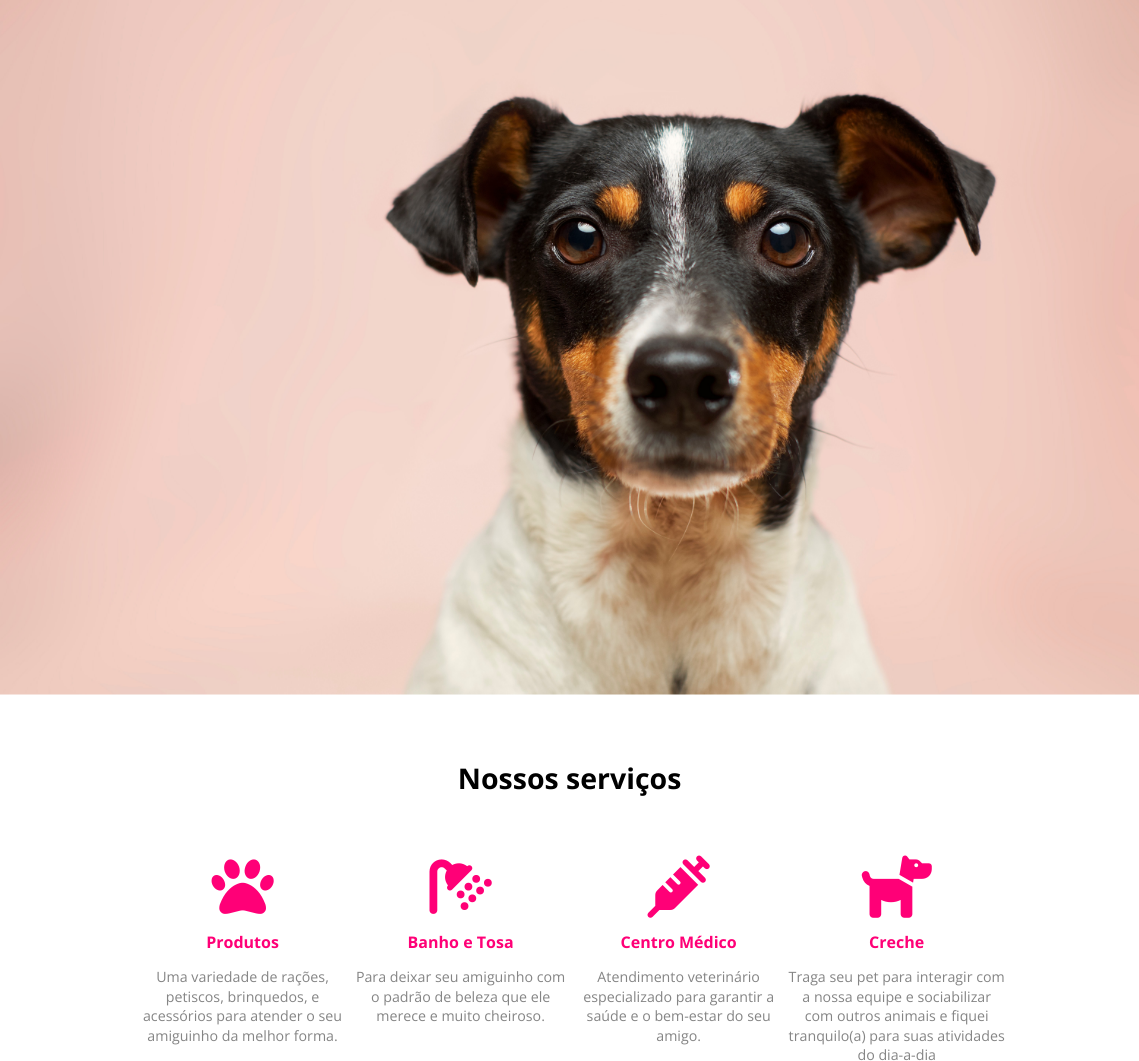
Repository: Carolden/ProhetoPetShop
Page: index.html
The author's editor kept a copy of each file at every save. The page is drawn from the files as they stood at one save, then again after the next save.
The browser window is 1280 px wide. The pictures show the part of the page from y = 270 to 1462 px (the page is 2996 px tall), at 89% of full size.
A picture or video elsewhere on the page could not be fetched, so the positions and the page height are approximate.

Above is the page before, as saved 2023-04-28 10:35:08.

After the next save:
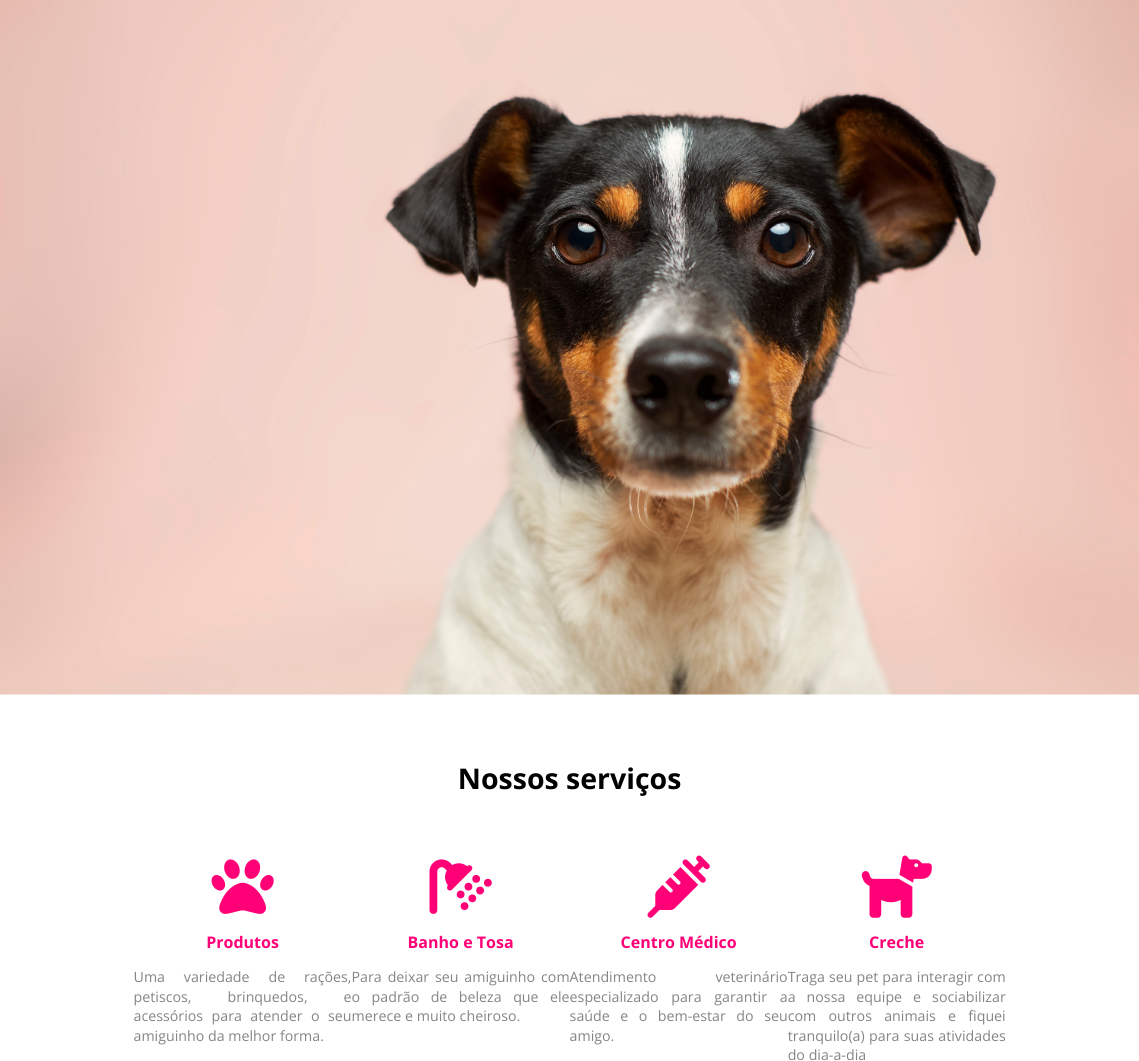
Saved 46 s later.
--- a/index.css
+++ b/index.css
@@ -72,6 +72,7 @@
 .servicescolumn p {
     color: #858585;
     font-size: 16px;
+    text-align: justify;
 }
 
 .servicescolumn i {

After the save that followed:
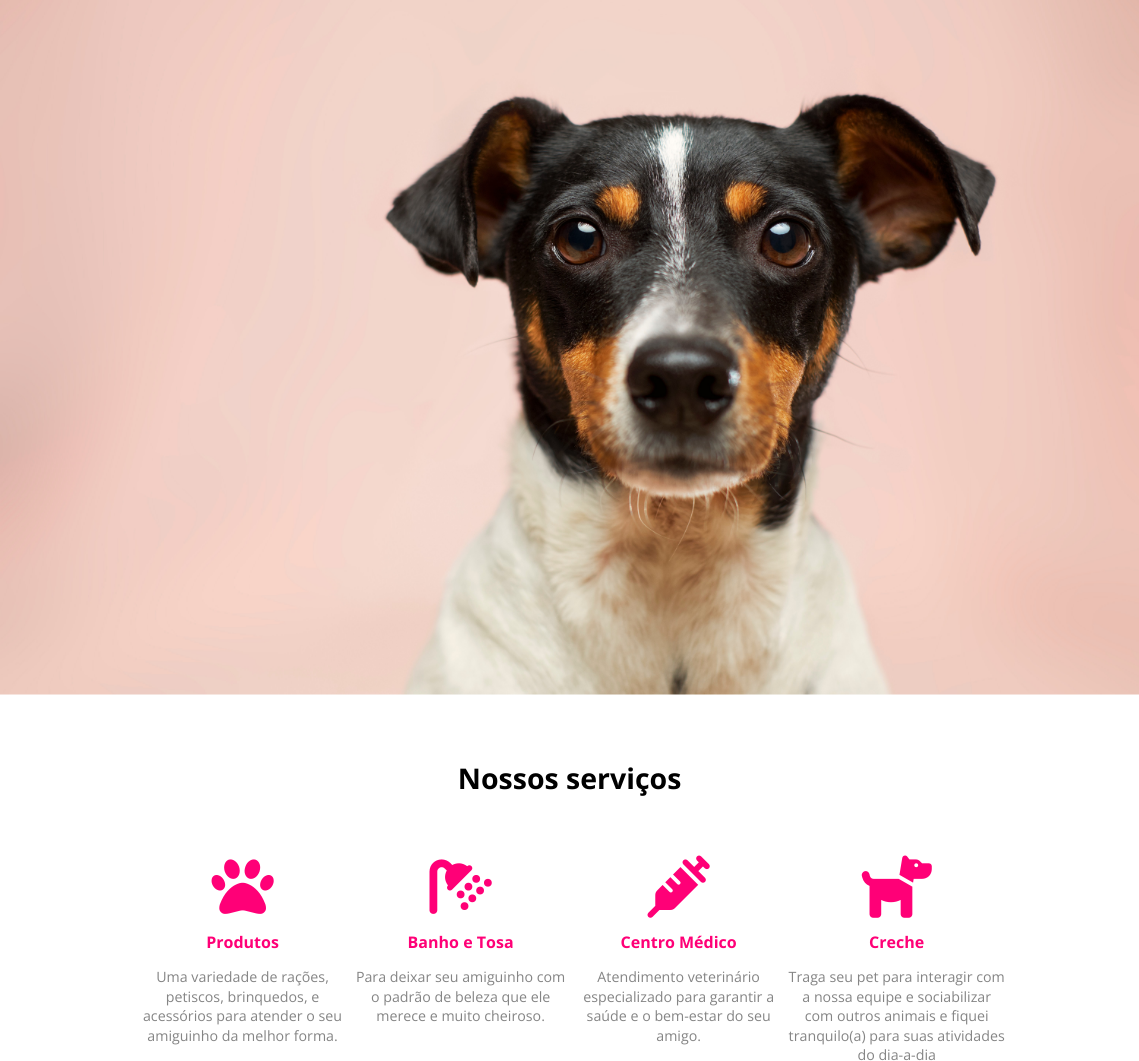
Saved 8 s later.
--- a/index.css
+++ b/index.css
@@ -72,7 +72,7 @@
 .servicescolumn p {
     color: #858585;
     font-size: 16px;
-    text-align: justify;
+    text-align: center;
 }
 
 .servicescolumn i {
